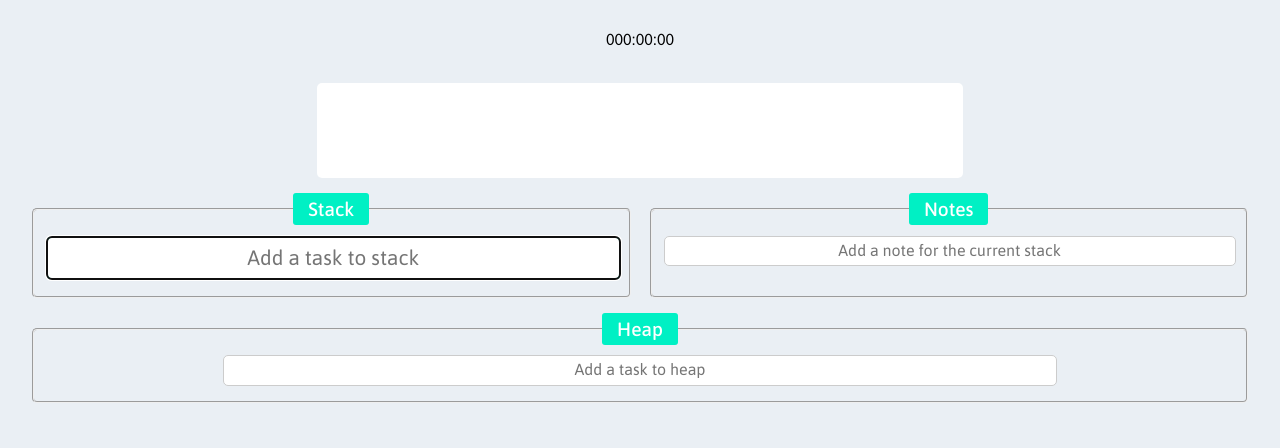
Repository: litalsh/Meeting-Managment-App
Page: /
An editor plug-in stored every save of this project. The page is shown before and after the next save, followed by the edit.
The browser window is 1280 px wide. The pictures show the whole page.
The project was rebuilt for these pictures with package versions that can differ from the ones it lists, and the page was loaded fresh each time. Also part of the build but not shown: src/components/Task/Task.css, src/components/Task/Task.js, src/components/Notes/Note.js.

Above is the page before, as saved 2021-01-11 17:47:01.

### src/App.js
import './App.css';
import React from 'react';
import Stack from './components/Stack/Stack';
import GlobalTime from './components/GlobalTime/GlobalTime';
import MeetingContextProvider from './Context/store';
import Heap from './components/Heap/Heap';
import Notes from './components/Notes/Notes';
import CurrentTask from './components/CurrentTask/CurrentTask';


function App() {

  return (
    <div className="App">
      <MeetingContextProvider>
        <GlobalTime />
        <CurrentTask />
        <Stack />
        <Notes />
        <Heap />
      </MeetingContextProvider>
    </div>
  );
}

export default App;

### src/App.css
@import url('https://fonts.googleapis.com/css2?family=Asap:wght@400;500;600;700&display=swap');


body{
  font-family: 'Asap', sans-serif;
  background-color:  #eaeff4;
 }

 ::placeholder {
  font-family: 'Asap', sans-serif;

 }

.App {
  display: grid;
  grid-template-columns: repeat(6, 1fr);
  grid-gap: 15px;
  margin: 10px 30px;
}

ul {
  list-style-type: none;
  margin: 0;
  padding: 0;
}

legend {
  margin: 0 auto;
  font-size: 1.2rem;
  font-weight: 500;
  background-color: #00f0c4;
  padding: 5px 15px;
  color: #fff;
  border-radius: 3px;
 }

 fieldset {
   border-radius: 5px;
 }

### src/components/Stack/Stack.js
import React, { useContext } from 'react';
import Task from '../Task/Task';
import { meetingContext } from '../../Context/store';
import './Stack.css';

const Stack = () => {

  const { stack, newStackHandler, taskRemoveHandler, changeListHandler } = useContext(meetingContext);

  return (

      <fieldset className="stack-container">
        {console.log('stack: ', stack)}
        <legend>Stack</legend>
        <ul className="stack-list">
          {stack !== undefined ? stack.map((task, id) => (
            <Task key={id}
            time={task.time}
            title={task.topic}
            type={task.type}
            remove={() => taskRemoveHandler(task.id, task.type)}
            changeList={() => changeListHandler(task.id, task.type)} />
          )) : null}
        </ul>
        <input type="text" placeholder="Add a task to stack" onKeyDown={newStackHandler} className='stack-input' autoFocus aria-flowto='heap-input' />
      </fieldset>

  );
}

export default Stack;

### src/components/GlobalTime/GlobalTime.js
import React, { useState, useEffect, useContext } from 'react';
import './GlobalTime.css';
import {meetingContext} from '../../Context/store';


const GlobalTime = () => {
  const {clock} = useContext(meetingContext);

  const [globalTimer, setGlobalTimer] = useState(0);
  let time = clock(globalTimer);

  useEffect(() => {
    const id = window.setInterval(() => {
      setGlobalTimer(globalTimer => globalTimer = globalTimer + 60);
    }, 60000);
    return () => window.clearInterval(id);
  })

  return (
    <div className='global-timer'>{time.hours}:{time.minutes}:{time.seconds}</div>
    );
}

export default GlobalTime;

### src/Context/store.js
import React, { useState, createContext, useEffect } from 'react';
import useLocalStorage from '../hooks/useLocalStorage';
import { v4 as uuidv4 } from "uuid";


export const meetingContext = createContext();


const MeetingContextProvider = (props) => {

  const [stack, setStack] = useLocalStorage('stack', []);
  const [heap, setHeap] = useLocalStorage('heap', []);
  const [notes, setNotes] = useLocalStorage('notes', []);
  const [currentTaskTimer, setCurrentTaskTimer] = useState(stack[0] !== undefined ? Math.floor((new Date().getTime() - stack[stack.length - 1].time)/1000) : null);


  // Create a new stack task
  const newStackHandler = (event) => {
    if (event.which === 13 && event.target.value !== '') {
      setStack([
        ...stack,
        { id: uuidv4(), type: 'stack', topic: event.target.value, time: new Date().getTime() }
      ]);
      event.target.value = '';
      console.log(stack)
      setCurrentTaskTimer(Math.floor((new Date().getTime() - new Date().getTime())/1000));
    };
  };

  // Create a new heap task
  const newHeapHandler = (event) => {
    if (event.which === 13 && event.target.value !== '') {
      setHeap([
        ...heap,
        { id: uuidv4(), type: 'heap', topic: event.target.value, time: new Date().getTime() }
      ]);
      event.target.value = '';
    };
  };

  // Remove a task
  const taskRemoveHandler = (id, type) => {
    if (type === 'stack') {
      const taskIndex = stack.findIndex(task => {
        return task.id === id;
      });

      let tempList = [...stack];
      tempList.splice(taskIndex, 1);
      setStack(tempList);
      console.log(taskIndex)
      setCurrentTaskTimer(Math.floor((new Date().getTime() - stack[taskIndex-1].time)/1000));
    };

    if (type === 'heap') {
      const taskIndex = heap.findIndex(task => {
        return task.id === id;
      });

      let tempList = [...heap];
      tempList.splice(taskIndex, 1);
      setHeap(tempList)
      console.log(taskIndex)
    };
    return console.log('taskRmoveHandler: ', stack);

  }

  const clock = (time) => {
    let minutes = Math.floor(time / 60);
    let seconds = Math.abs(time % 60);
    let hours = Math.floor(seconds/3600);
    minutes = minutes.toString().length === 1 ? "0" + minutes : minutes;
    seconds = seconds.toString().length === 1 ? "0" + seconds : seconds;
    hours = hours.toString().length === 1 ? "0" + seconds : seconds;
    return ({hours: hours, minutes : minutes, seconds : seconds})
  }

  const keyboardRemoveHandler = (e) => {
    if (e.ctrlKey && e.shiftKey && e.which === 88) {
      let stackLength = stack.length;
      let tempStack = [...stack];
      tempStack.splice(tempStack.length - 1, 1);
      setStack(tempStack);
      setCurrentTaskTimer(Math.floor((new Date().getTime() - stack[stackLength-2 ].time)/1000));
      console.log(currentTaskTimer)
    }
  }

    // remove from stack with the keyboard
    useEffect(() => {
      if (document) {
        document.addEventListener('keydown', keyboardRemoveHandler);
      }
      return () => {
        document.removeEventListener('keydown', keyboardRemoveHandler);
      }
    }, [stack]);

    const changeListHandler = (id, type) => {
      // move task from stack to heap
      if (type === 'stack') {
        const taskIndex = stack.findIndex(task => {
          return task.id === id;
        });
        setHeap([...heap, { id: stack[taskIndex].id, type: 'heap', topic: stack[taskIndex].topic, time: stack[taskIndex].time }]);

        let tempStack = [...stack];
        tempStack.splice(taskIndex, 1);
        setStack(tempStack);
        console.log('change to heap ', stack, '  ', heap)
      };
       // move task from heap to stack
    if (type === 'heap') {
      const taskIndex = heap.findIndex(task => {
        return task.id === id;
      });
      setStack([...stack, { id: heap[taskIndex].id, type: 'stack', topic: heap[taskIndex].topic, time: new Date().getTime}]);

      let tempHeap = [...heap];
      tempHeap.splice(taskIndex, 1);
      setHeap(tempHeap);
      console.log('change to stack ', stack, '  ', heap)
    };


    }





  return (
    <meetingContext.Provider value={
      {
        stack,
        setStack,
        heap,
        notes,
        setNotes,
        newStackHandler,
        newHeapHandler,
        taskRemoveHandler,
        changeListHandler,
        clock,
        currentTaskTimer,
        setCurrentTaskTimer
      }
    }>
      {props.children}
    </meetingContext.Provider>
  );
}

export default MeetingContextProvider;

### src/components/Heap/Heap.js
import React, { useContext } from 'react';
import Task from '../Task/Task';
import { meetingContext } from '../../Context/store';
import MeetingContextProvider from '../../Context/store';
import './Heap.css';

const Heap = () => {
  const { heap, newHeapHandler, taskRemoveHandler, changeListHandler } = useContext(meetingContext);


  return (
    <MeetingContextProvider>
      <fieldset className="heap-container">
        <legend>Heap</legend>
        <input type="text" placeholder="Add a task to heap" onKeyDown={newHeapHandler} className='heap-input' aria-flowto='notes-input' />
        <ul className="heap-list">
          {heap[0] !== undefined ? heap.map((task, id) => (
            <Task key={id}
            title={task.topic}
            type={task.type}
            remove={() => taskRemoveHandler(task.id, task.type)}
            changeList={() => changeListHandler(task.id, task.type)} />
          )) : null}
        </ul>
      </fieldset>
    </MeetingContextProvider>
  );
}

export default Heap;

### src/components/Notes/Notes.js
import React, { useContext, useState } from 'react';
import './Notes.css';
import { meetingContext } from '../../Context/store';
import Note from './Note';


const Notes = () => {
  const { stack, setStack, notes, setNotes } = useContext(meetingContext);

  const newNoteHandler = (event) => {
    if (event.which === 13 && event.target.value !== '') {
      let tempStack = [...stack];
      tempStack[tempStack.length - 1].notes ? tempStack[tempStack.length - 1].notes.push(event.target.value) : tempStack[tempStack.length - 1].notes = [event.target.value];
      setStack(tempStack);

      let tempNotes = [...notes];
      let noteIndex = tempNotes.findIndex(obj => {return obj.topic === stack[stack.length-1].topic});
      noteIndex === -1 ? tempNotes.push({topic: stack[stack.length-1].topic, notes: [event.target.value], id: stack[stack.length-1].id }) : tempNotes[noteIndex].notes.push(event.target.value);
      setNotes(tempNotes);
      event.target.value = '';
    };
  }

  return (
    <fieldset className='notes-container'>
      <legend>Notes</legend>
      <input type='text' placeholder="Add a note for the current stack" className='notes-input' onKeyDown={newNoteHandler} aria-flowto='stack-input' />
      <dl>
        {notes[0] !== undefined ? notes.map((task, id) => (
          task.notes !== undefined ?
          <Note
            key={id}
            title={task.topic}
            notes={task.notes}
          /> : null
        )) : null}
      </dl>
    </fieldset>
  );
}

export default Notes;

### src/components/CurrentTask/CurrentTask.js
import React, { useState, useEffect, useContext } from 'react';
import { meetingContext } from '../../Context/store';
import './CurrentTask.css';


const CurrentTask = () => {

  const { stack, clock, currentTaskTimer, setCurrentTaskTimer } = useContext(meetingContext);


  useEffect(() => {
    if(stack[0] !== undefined){
      const id = window.setInterval(() => {
        setCurrentTaskTimer(Math.floor((new Date().getTime() - stack[stack.length-1].time)/1000));
      }, 30000);
      return () => window.clearInterval(id);
    }
  }, [currentTaskTimer])

  let time = clock(currentTaskTimer);
  console.log('current ', currentTaskTimer);

  const taskExists = () => {
    return (
      <>
        {time.minutes}:{time.seconds}
      </>
    )
  }

  return (
    <div className='current-task-container'>
      <div className='current-timer'><h4>{stack[0] !== undefined ? (taskExists()) : null}</h4></div>
      <div className='current-title'><h1>{stack[0] !== undefined ? stack[stack.length - 1].topic : null}</h1></div>
    </div>
  );
}

export default CurrentTask;

### src/components/Stack/Stack.css
.stack-container {
  grid-column: 1/4;
}

.stack-input {
  border: 2px solid #00f0c4;
  width: 100%;
  line-height: 40px;
  margin: 5px auto;
  position: relative;
  text-align: center;
  border-radius: 5px;
  font-size: 1.3rem;
  padding: 0;
}

.stack-list {
  display: flex;
  flex-direction: column-reverse;
  justify-content: center;
}

.stack-item {
  width: 100%;
}

### src/components/GlobalTime/GlobalTime.css
.global-timer {
  grid-column: 1/7;
  margin: 20px auto;
}

### src/hooks/useLocalStorage.js
import { useState, useEffect } from "react";

const PREFIX = 'meeting-manament-';


const useLocalStorage = (key, initialValue) => {
  const prefixedKey = PREFIX + key
  const [value, setValue] = useState(() => {
    const jsonValue = localStorage.getItem(prefixedKey)
    if (jsonValue != null) return JSON.parse(jsonValue)
    if (typeof initialValue === 'function') {
      return initialValue()
    } else {
      return initialValue
    }
  })

  useEffect(() => {
    localStorage.setItem(prefixedKey, JSON.stringify(value))
  }, [prefixedKey, value])

  return [value, setValue]
}


export default useLocalStorage;

### src/components/Heap/Heap.css
.heap-container {
  grid-column: 1/7;
  display: flex;
  flex-direction: column;
}

.heap-list {
  display: grid;
  grid-template-columns: repeat(4,1fr);
  grid-gap: 5px 20px;
}

.heap-list>.task-item {
  width: 100%;
}

.heap-input {
  border: 1px solid #ccc;
  width: 70%;
  line-height: 1.8em;
  margin: 5px auto;
  position: relative;
  text-align: center;
  border-radius: 5px;
  font-size: 1rem;
  padding: 0;
}

### src/components/Notes/Notes.css
.notes-container {
  grid-column: 4/7;
}

.notes-input {
  border: 1px solid #ccc;
  width: 100%;
  line-height: 1.8em;
  margin: 5px auto;
  position: relative;
  text-align: center;
  border-radius: 5px;
  font-size: 1rem;
  padding: 0;
}

.notes-container dt {
  font-weight: 600;
}

.notes-container dl {
  font-size: 0.9em;
}

### src/components/CurrentTask/CurrentTask.css
.current-task-container {
  grid-column: 2/6;
  text-align: center;
  background-color: #fff;
  width: 80%;
  margin: 0 auto;
  border-radius: 5px;
  height: 95px;
}

.current-title > h1 {
  margin: 0;
}

.current-timer {
  margin-top: 10px;
}

.current-timer > h4 {
  margin: 0;
}

.current-title {
  margin: 10px;
}

Loaded but not shown: public/index.html (common file); src/index.js (common file); src/index.css (common file); src/reportWebVitals.js (common file)

After the next save:
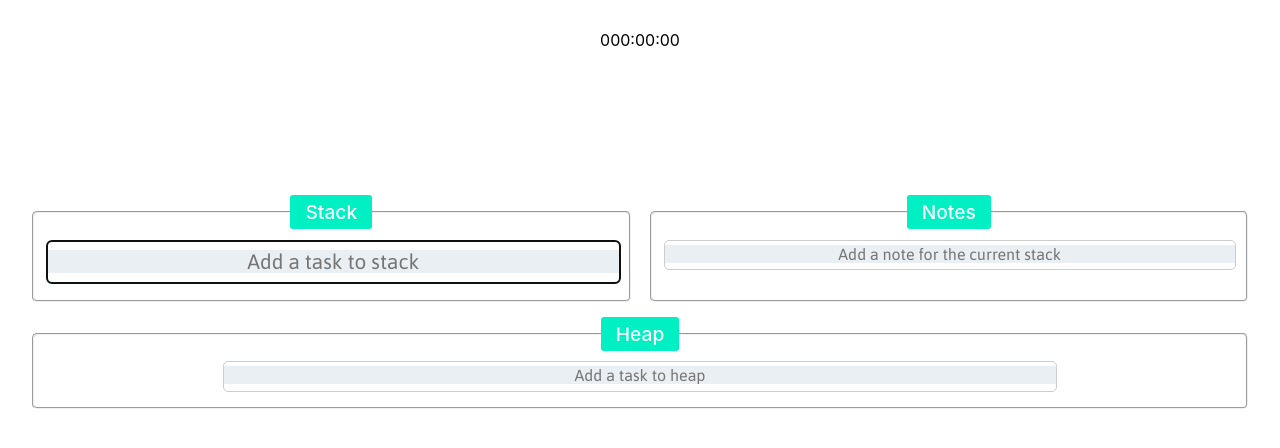
Saved 26 s later.
--- a/src/App.css
+++ b/src/App.css
@@ -1,15 +1,15 @@
 @import url('https://fonts.googleapis.com/css2?family=Asap:wght@400;500;600;700&display=swap');
 
 
-body{
+body ::placeholder{
   font-family: 'Asap', sans-serif;
   background-color:  #eaeff4;
  }
 
- ::placeholder {
+ /* ::placeholder {
   font-family: 'Asap', sans-serif;
 
- }
+ } */
 
 .App {
   display: grid;

After the save that followed:
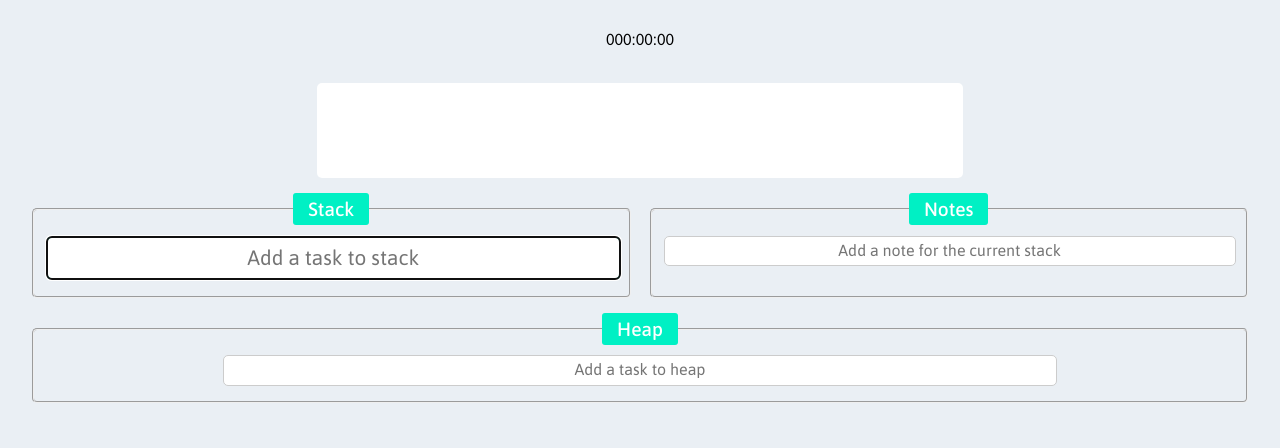
Saved 14 s later.
--- a/src/App.css
+++ b/src/App.css
@@ -1,15 +1,15 @@
 @import url('https://fonts.googleapis.com/css2?family=Asap:wght@400;500;600;700&display=swap');
 
 
-body ::placeholder{
+body{
   font-family: 'Asap', sans-serif;
   background-color:  #eaeff4;
  }
 
- /* ::placeholder {
+ ::placeholder {
   font-family: 'Asap', sans-serif;
 
- } */
+ }
 
 .App {
   display: grid;
